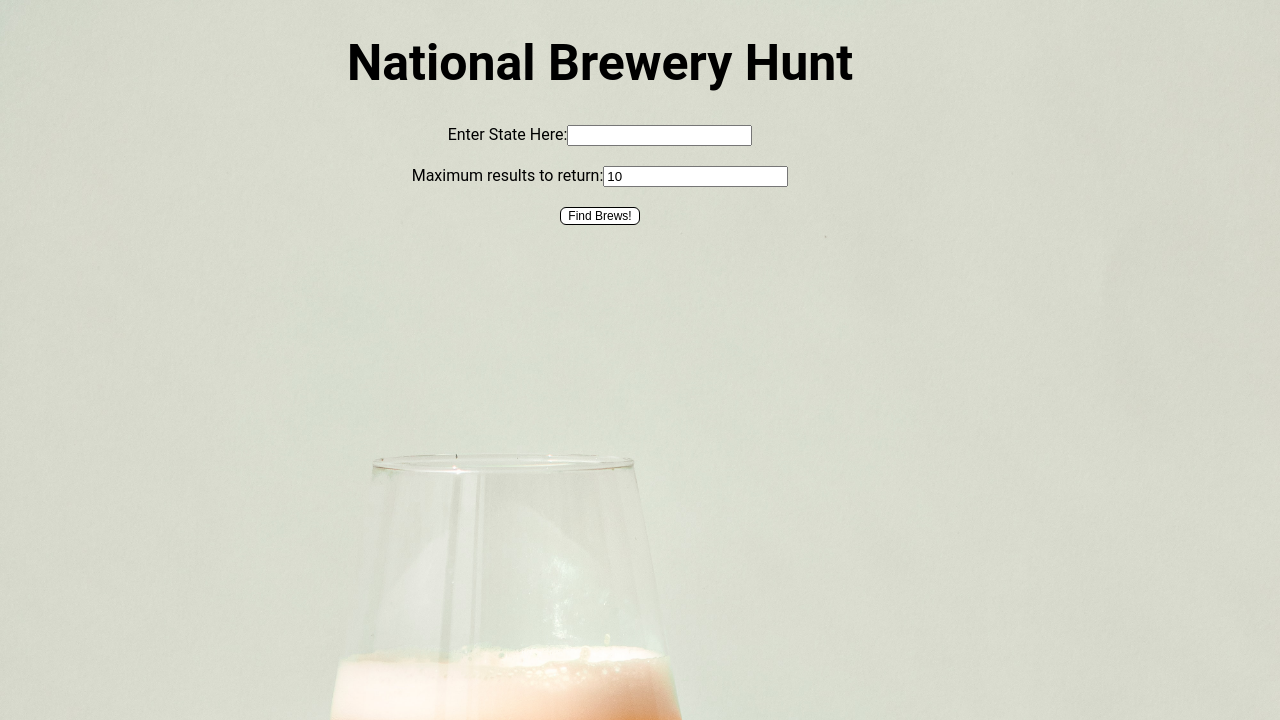
Repository: kaitlynMidori/searchBrews
Page: index.html
An editor plug-in stored every save of this project. The page is shown before and after the next save, followed by the edit.
The browser window is 1280 px wide. The pictures show the whole page.

Above is the page before, as saved 2021-04-24 11:33:30.

### index.html
<!DOCTYPE html>
<html lang="en">

<head>
    <meta charset="UTF-8" />
    <meta name="viewport" content="width=device-width, initial-scale=1.0" />
    <meta http-equiv="X-UA-Compatible" content="ie=edge" />
    <title>National Brewery Hunt</title>
    <link rel="stylesheet" href="style.css" />
</head>

<body>
    <div id="container">
        <h1>National Brewery Hunt</h1>

        <form id="search-form">
            <p>
                <label for="by_state">Enter State Here:</label>
                    <input type="text" name="by_state" id="by_state" required />
            </p>

            <p>
                <label for="max-results">Maximum results to return: </label>
                    <input type="number" name="max-results" id="max-results" value="10" />
            </p>

            <p>
                <input type="submit" value="Find Brews!" class="submit" />
            </p>
        </form>

        <p id="error-message"></p>

        <section id="results" class="hidden">
            <h2>Search results</h2>
            <ol id="results-list"></ol>
        </section>
    </div>
    <script src="https://code.jquery.com/jquery-3.3.1.js" integrity="sha256-2Kok7MbOyxpgUVvAk/HJ2jigOSYS2auK4Pfzbm7uH60=" crossorigin="anonymous"></script>
    <script src="app.js"></script>
</body>

</html>
<!-- This app doesn't follow a11y best practices, and the JS file is incomplete. Complete the getBreweries, displayResults, and watchSubmit functions. When you're done, this app should allow a user to search for a state, and display a list of breweries in that state. The list should include the brewery's name and a link to their website. You should make requests to this API: https://www.openbrewerydb.org/ . Make any necessary adjustments to make this app accessible. -->

### style.css

body {
    font-family: "Roboto", sans-serif;
    color: black;
    margin: 0;
    /* background: cover; */
    background-image: url("screenshots/beer.jpg");
    background-repeat: no-repeat;
    background-size: cover;
    background-color: black;
    width: 100%;
    max-width: 1200px;
}



.hidden {
    display: none;
}

h1  {
    text-align: center;
    font-size: 50px;
}

h2 {
    text-align: center;
}

/* .search-form {
    text-align: center;
    display: flex;
    flex-direction: column;
    width: auto;
    border: 1px solid black;
    padding: 30px;
    margin-left: 100px;
    margin-right: 100px;
    margin-bottom: 50px;
    border-radius: 8px;
} */

legend {
    text-align: center;
}

form p {
    margin: 5px;
    display: flex;
    width: auto;
    justify-content: center;
    margin: 20px 0 20px 0;
}

/* .results-list {
    margin: auto;
    width: 50px;
    height: 25px;
    padding: 0px;
    text-align: left;
    margin-bottom: 10px;
    margin-top: 10px;
    border-radius: 6px;
} */



.submit {
    border: 1px solid black;
    background-color: white;
    justify-content: center;
    margin-left: auto;
    margin-right: auto;
    width: 80px;
    height: 18px;
    border-radius: 6px;
    padding: 1px;
    font-size: 12px;
}

.submit:hover {
    cursor: pointer;
}

/* .results-amount:hover {
    cursor: text;
} */


/*Results Styling*/

/* .results-display-container {
    margin: auto;
} */

/* .single-result {
    border: 1px solid rgb(177, 175, 175);
    margin: auto;
    border-radius: 8px;
    box-shadow: -1px 2px rgb(209, 209, 209);
    padding: 15px;
    width: 1000px;
    margin-bottom: 15px;
} */

### app.js
"use strict";

const searchURL = ("https://api.openbrewerydb.org/breweries");

 //format query params
function formatQueryParams(params) {
    //return object array with params
   const queryItems = Object.keys(params)
   //produce object map param string key
     .map(key => `${key}=${params[key]}`)
     //return array as string
   return queryItems.join('&');
 }

function displayResults(responseJson, maxResults) {

    // if there are previous results, remove them
    console.log(responseJson);
    $("#results-list").empty();

    // iterate through the data array
    // list brewery name, city, url
    for (let i = 0; i < responseJson.length; i++) {
    $("#results-list").append(`<li class="each-product-result">

    <h3 class="product-name">${responseJson[i].name}</h3>
    <p class="product-price">${responseJson[i].city}</p>
    <p>Brewery page: <a href=${responseJson[i].website_url}>${responseJson[i].website_url}</a></p><br>
    <br>
    </li>`
      )
  };
    //display the results section
    $("#results").removeClass("hidden");
}

//getBreweries function
function getBreweries(query, maxResults) {
    //set API paramaters
    const params = {
        by_state: query,
        per_page: maxResults,
    };
    //declare queryString as formatQueryParams
    const queryString = formatQueryParams(params);
    //declare url to bind user input string to searchUrl
    const url = searchURL + "?" + queryString;
    console.log(url);
    //initiate fetch request using pure promise to get JSON object
    fetch(url)
    //check for resolved promise
        .then((response) => {
            // if response = true
            if (response.ok) {
                //return response object
                return response.json();
            }
            //raise exception to reject promise error and trigger .catch
            throw new Error(response.statusText);
        })
        .then((responseJson) => displayResults(responseJson, maxResults))
        //Catch any errors and return message
        .catch((err) => {
            $("#error-message").text(`Something went wrong: ${err.message}`);
        });
}

function watchForm() {
    // Bind an event handler to the “submit” JavaScript event
    $("form").submit((event) => {
        // If this method is called, the default action of the event will not be triggered.
        event.preventDefault();
        let by_state = $("#by_state").val();
	// by_state = by_state.replace(/\s/g, '');
        const maxResults = $("#max-results").val();
        getBreweries(by_state, maxResults);
    });
}

//call jQuery to pass in callback function when page loads
$(watchForm);

After the next save:
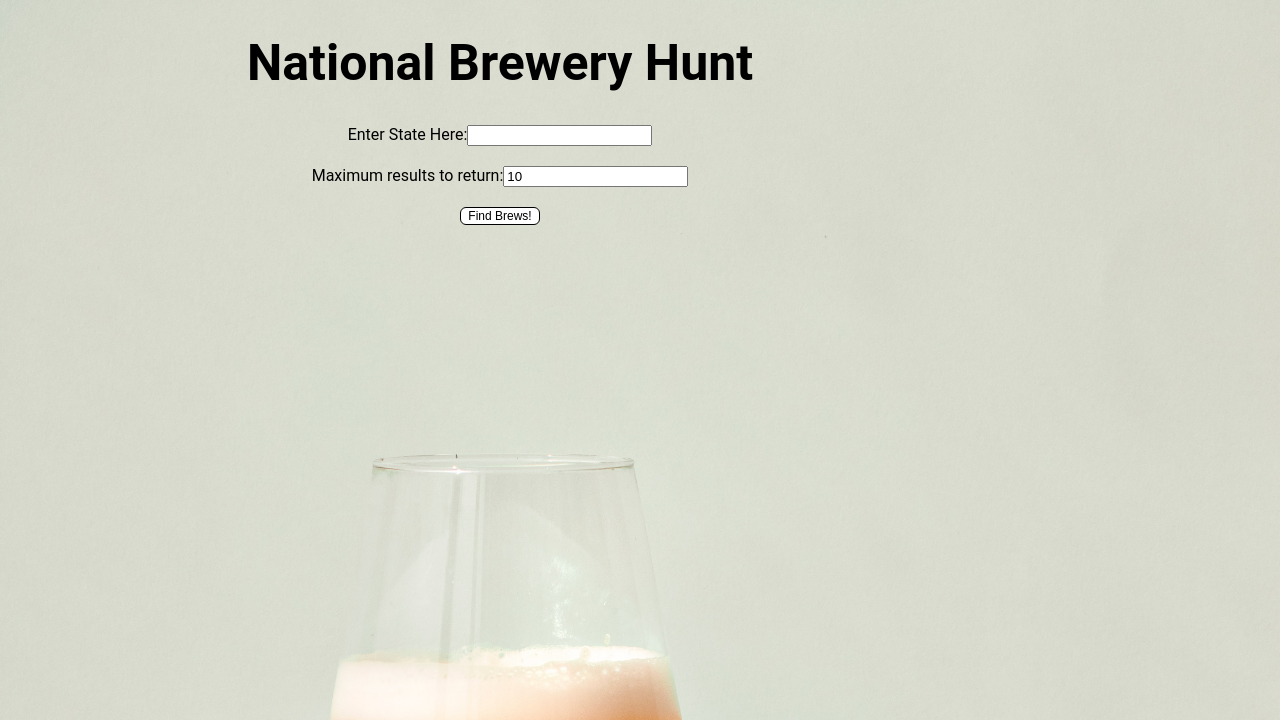
Saved 14 s later.
--- a/style.css
+++ b/style.css
@@ -9,7 +9,7 @@ body {
     background-size: cover;
     background-color: black;
     width: 100%;
-    max-width: 1200px;
+    max-width: 1000px;
 }
 
 
